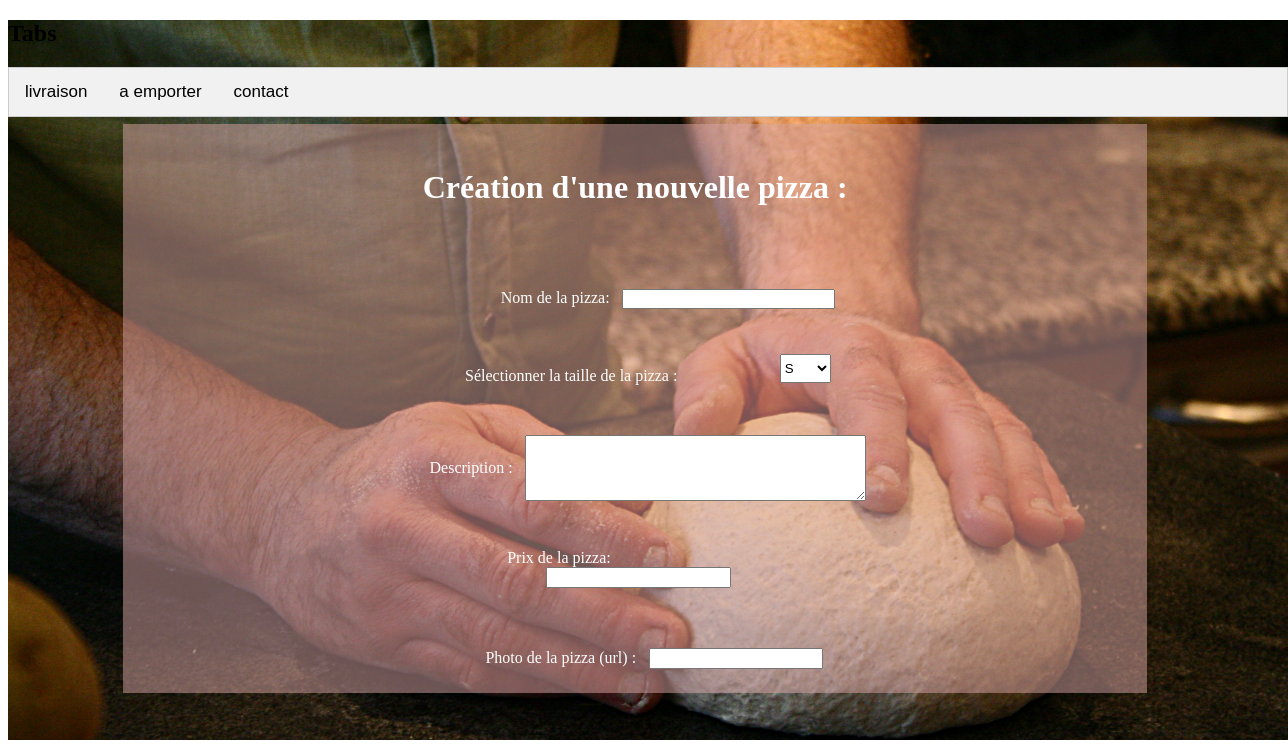
Repository: dev84-unalien/pippo_pizza
Page: admin.html
The author's editor kept a copy of each file at every save. The page is drawn from the files as they stood at one save, then again after the next save.
The browser window is 1280 px wide. The page is 1288 px wide, so the pictures cover 1288 px, including what lies to the right of the window. The pictures show the whole page.

Above is the page before, as saved 2019-09-11 10:19:12.

After the next save:
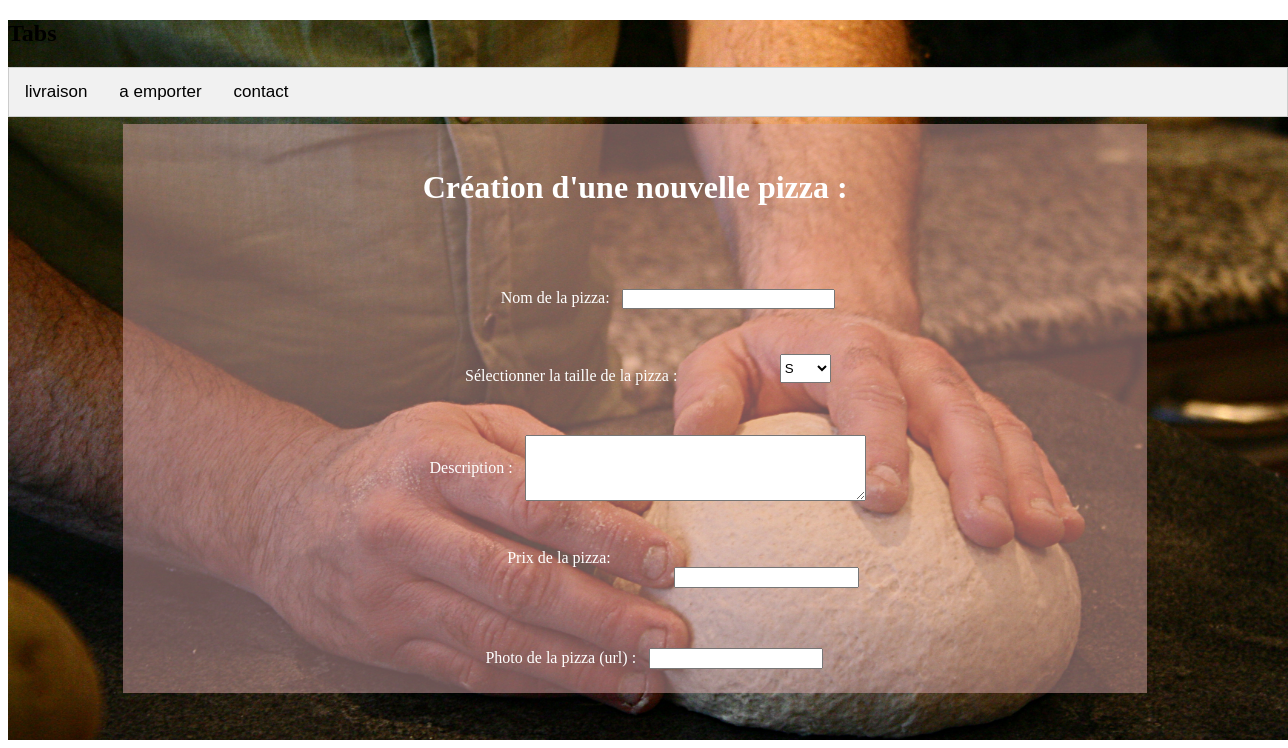
Saved 4 s later.
--- a/admin.css
+++ b/admin.css
@@ -69,7 +69,7 @@ select {
 
 }
 #prix1{
-  margin-left:3vw;
+  margin-left:13vw;
 }
 #imgpizza{
 width: 13vw;
